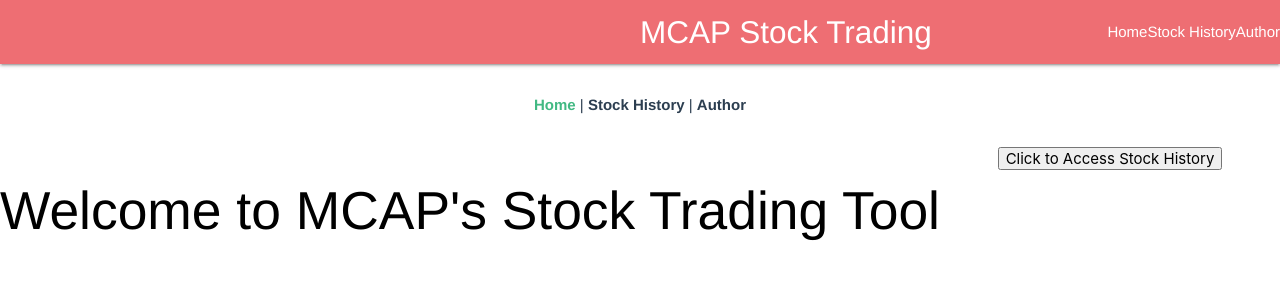
Repository: pandyarudra/stock-symbol-app
Page: /
An editor plug-in stored every save of this project. The page is shown before and after the next save, followed by the edit.
The browser window is 1280 px wide. The pictures show the whole page.
The project was rebuilt for these pictures with package versions that can differ from the ones it lists, and the page was loaded fresh each time.

Above is the page before, as saved 2020-09-14 22:11:20.

### src/main.js
import Vue from 'vue';
import App from './App.vue';
import router from './router';
import 'materialize-css';
import 'materialize-css/dist/css/materialize.min.css';

Vue.config.productionTip = false;

new Vue({
  router,
  render: h => h(App)
}).$mount('#app');

### src/App.vue
<template>
  <div id="app">
    <TopNav />
    <div id="nav">
      <router-link to="/">Home</router-link> |
      <router-link to="/stockHistory">Stock History</router-link> |
      <router-link to="/about">Author</router-link>
    </div>
    <router-view/>
  </div>
</template>


<script>
import M from 'materialize-css';
import TopNav from '@/components/TopNav.vue'

export default {
  mounted() {
    M.AutoInit();
  },
  components: {
    TopNav
  }
}
</script>

<style lang="scss">

  // $primary-color: color("materialize-red", "lighten-2") !default;
  // $primary-color-light: false !default;
  // $primary-color-dark: false !default;
  // @if not $primary-color-light {
  //   $primary-color-light: lighten($primary-color, 15%);
  // }
  // @if not $primary-color-dark {
  //   $primary-color-dark: darken($primary-color, 15%);
  // }
  // $secondary-color: color("teal", "lighten-1") !default;
  // $success-color: color("green", "base") !default;
  // $error-color: color("red", "base") !default;
  // $link-color: color("light-blue", "darken-1") !default;

#app {

  font-family: Avenir, Helvetica, Arial, sans-serif;
  -webkit-font-smoothing: antialiased;
  -moz-osx-font-smoothing: grayscale;
  text-align: center;
  color: #2c3e50;
}

#nav {
  padding: 30px;

  a {
    font-weight: bold;
    color: #2c3e50;

    &.router-link-exact-active {
      color: #42b983;
    }
  }
}
</style>

### src/router/index.js
import Vue from 'vue'
import VueRouter from 'vue-router'

Vue.use(VueRouter)

const routes = [
  {
    path: '/',
    name: 'WelcomePage',
    component: () => import(/* webpackChunkName: "about" */ '../views/WelcomePage.vue')
  },
  {
    path: '/about',
    name: 'About',
    // route level code-splitting
    // this generates a separate chunk (about.[hash].js) for this route
    // which is lazy-loaded when the route is visited.
    component: () => import(/* webpackChunkName: "about" */ '../views/About.vue')
  }
]

const router = new VueRouter({
  routes
})

export default router

### src/components/TopNav.vue
<template>
     <nav>
    <div class="nav-wrapper">
      <a href="#" class="brand-logo">MCAP Stock Trading</a>
      <ul id="nav-mobile" class="right hide-on-med-and-down">
        <router-link to="/" tag="li">Home</router-link>
        <router-link to="/stockHistory" tag="li">Stock History</router-link>
        <router-link to="/author" tag="li">Author</router-link>
        <!-- <router-link to="/foo" tag="li">Rudra</router-link> -->

      </ul>
    </div>
  </nav>
</template>

### src/views/WelcomePage.vue
<template>
<div>
    <h2 class="left">Welcome to MCAP's Stock Trading Tool
    </h2>
    <button>Click to Access Stock History</button>
</div>
</template>


<script>
export default {
  name: 'WelcomePage',
  props: {
    msg: String
  }
}
</script>

<!-- Add "scoped" attribute to limit CSS to this component only -->
<style scoped lang="scss">
  div {
      color: black;
      text-align: center;
  }
</style>

Loaded but not shown: public/index.html (common file)

After the next save:
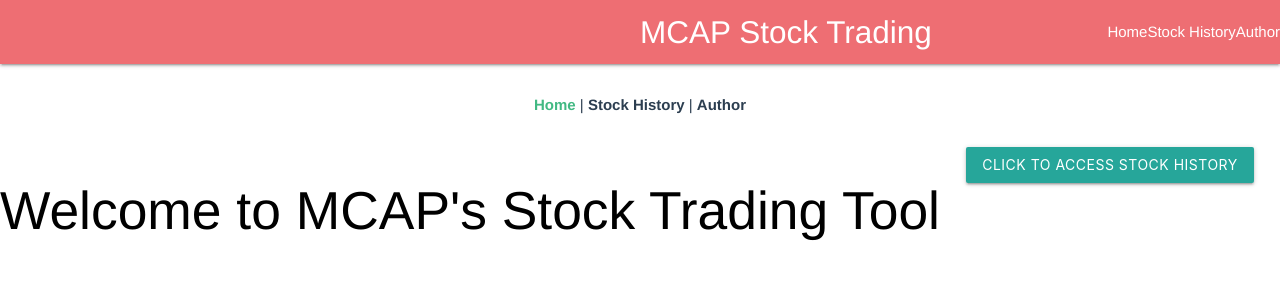
Saved 8 s later.
--- a/src/views/WelcomePage.vue
+++ b/src/views/WelcomePage.vue
@@ -2,7 +2,7 @@
 <div>
     <h2 class="left">Welcome to MCAP's Stock Trading Tool
     </h2>
-    <button>Click to Access Stock History</button>
+    <button class="btn">Click to Access Stock History</button>
 </div>
 </template>
 
